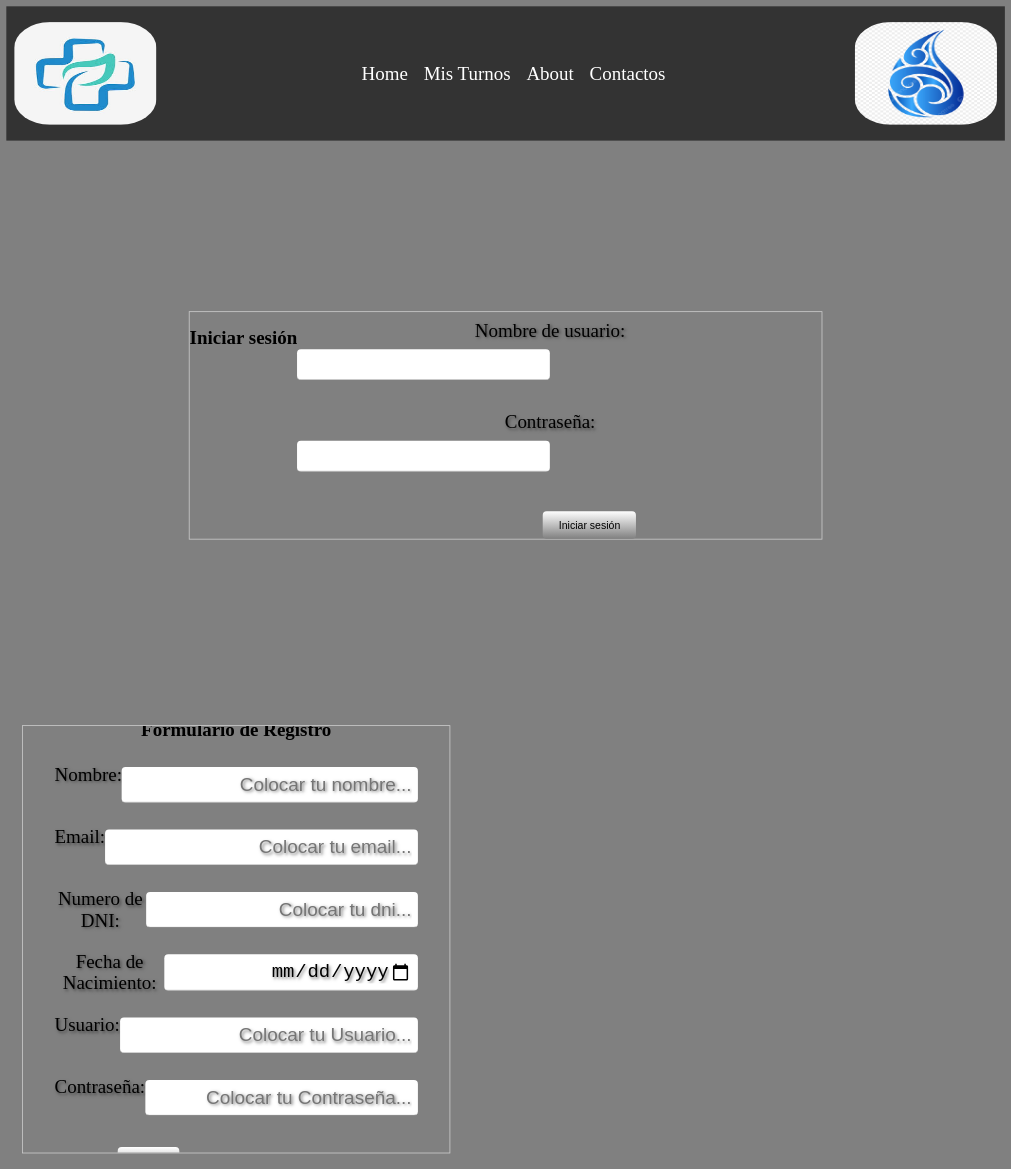
Repository: mauro8778/TurnoClinica
Page: / (app in front/vite-project/)
These files come from the project's save history. The page is drawn as it stood at one moment and after the next save; the edit follows.
The browser window is 1280 px wide. The pictures show the whole page, at 79% of full size.
The project was rebuilt for these pictures with package versions that can differ from the ones it lists, and the page was loaded fresh each time. Also part of the build but not shown: front/vite-project/vite.config.js.

Above is the page before, as saved 2024-04-14 14:10:44.

### front/vite-project/src/App.jsx

import "./index.css"
import NavBar from "./components/NavBar/NavBar.jsx";
import Login from "./views/Login/Login"
import Register from "./views/Register/Register.jsx";


function App() {


  return (
    <>
    <NavBar/>
  <Login/>
  <Register/>
    </>


  )
}

export default App

### front/vite-project/src/index.css
body{

  background-color: grey;
}

### front/vite-project/src/components/NavBar/NavBar.jsx

import  "./NavBar.css";
import hospital from "../../assets/hospital.jpg"
import logo from "../../assets/logo.jpg"


const NavBar=()=>{

    return(
    <>

    <div className="navbar">
      <img src={hospital} alt="Imagen 1" className="left-image" />
      <ul className="nav-list">
        <li>Home</li>
        <li>Mis Turnos </li>
        <li>About</li>
        <li>Contactos </li>
      </ul>
      <img src={logo} alt="Imagen 2" className="right-image" />
    </div>


    </>
    )
}
export default NavBar;

### front/vite-project/src/views/Login/Login.jsx
import { useState } from "react";
import axios from "axios"
import "./login.css";

const LoginForm = () => {
  const [credentials, setCredentials] = useState({
    username: "",
    password: ""
  });

  const [error, setError] = useState("");

  const handleInputChange = (event) => {
    const { name, value } = event.target;
    setCredentials({
      ...credentials,
      [name]: value
    });
  };

  const handleFormSubmit = async (event) => {
    event.preventDefault();
    if (!credentials.username && !credentials.password) {
        setError("Faltan rellenar los campos de usuario y contraseña");
        return;
      }
      if (!credentials.username) {
        setError("Falta colocar el nombre de usuario");
        return;
      }
      if (!credentials.password) {
        setError("Falta colocar la contraseña");
        return;
      }
    try {
        const response = await axios.post("http://localhost:3000/users/loguin", credentials);
        if (response.status === 200) {
          alert("Inicio de sesión exitoso");
        } else {
          setError("Credenciales inválidas");
        }
    } catch (error) {
        if (error.response && error.response.status === 400) {
          setError("Usuario inexistente");
        } else if (error.response && error.response.status === 401) {
          setError("Contraseña incorrecta");
        } else {
          setError ("Error al iniciar sesión. Por favor, inténtalo de nuevo más tarde");
        }
    }
};
  return (
    <div className="card-container">
    <div className="card">
      <h2>Iniciar sesión</h2>
      <form onSubmit={handleFormSubmit} className="form-container">
        <div className="input-container">
          <label htmlFor="username">Nombre de usuario:</label>
          <input
            type="text"
            id="username"
            name="username"
            value={credentials.username}
            onChange={handleInputChange}
          />
        </div>
        <div className="input-container">
          <label htmlFor="password">Contraseña:</label>
          <input
            type="password"
            id="password"
            name="password"
            value={credentials.password}
            onChange={handleInputChange}
          />
        </div>
        {error && <p className="error">{error}</p>}
        <button type="submit">Iniciar sesión</button>
      </form>
    </div>
  </div>
);
};

export default LoginForm;

### front/vite-project/src/views/Register/Register.jsx

import { useState, useEffect } from "react";
import "../Register/Register.css";
import { Validate } from "../../helper/validate";
import axios from "axios";

const Register = () => {
  const [userData, setUserData] = useState({
    name: "",
    email: "",
    nDni: "",
    birthdate: "",
    username: "",
    password: ""
  });

  const [errors, setErrors] = useState({
    name: "",
    email: "",
    nDni: "",
    birthdate: "",
    username: "",
    password: ""
  });

  const [formSubmitted, setFormSubmitted] = useState(false);

  const handleInputChange = (event) => {
    const { name, value } = event.target;
    setUserData({
      ...userData,
      [name]: value
    });
  };

  const handleFormSubmit = (event) => {
    event.preventDefault();
    setFormSubmitted(true);
  };

  useEffect(() => {
    if (formSubmitted) {
      const currentErrors = Validate(userData);
      setErrors(currentErrors);

      const noErrors = Object.values(currentErrors).every(
        (error) => error === ""
      );

      if (noErrors) {
        axios
          .post("http://localhost:3000/users/register", userData)
          .then(() => {
            alert("Usuario creado con éxito");
            setFormSubmitted(false);
            setUserData({
              name: "",
              email: "",
              nDni: "",
              birthdate: "",
              username: "",
              password: ""
            });
            setErrors({
              name: "",
              email: "",
              nDni: "",
              birthdate: "",
              username: "",
              password: ""
            });
          })
          .catch((error) => {
            console.error("Error al enviar los datos:", error);
          });
      }
    }
  }, [formSubmitted, userData]);

  return (
    <>
      <div className="tarjeta">
        <div className="contenido">
          <h2>Formulario de Registro</h2>
          <form onSubmit={handleFormSubmit}>
            <label htmlFor="name">
              Nombre:
              <input
                type="text"
                value={userData.name}
                name="name"
                placeholder="Colocar tu nombre..."
                onChange={handleInputChange}
              />
            </label>
            {formSubmitted && <p className="error">{errors.name}</p>}

            <label htmlFor="email">
              Email:
              <input
                type="text"
                value={userData.email}
                name="email"
                placeholder="Colocar tu email..."
                onChange={handleInputChange}
              />
            </label>
            {formSubmitted && <p className="error">{errors.email}</p>}

            <label htmlFor="nDni">
              Numero de DNI:
              <input
                type="text"
                value={userData.nDni}
                name="nDni"
                placeholder="Colocar tu dni..."
                onChange={handleInputChange}
              />
            </label>
            {formSubmitted && <p className="error">{errors.nDni}</p>}

            <label htmlFor="birthdate">
              Fecha de Nacimiento:
              <input
                type="date"
                value={userData.birthdate}
                name="birthdate"
                placeholder="Colocar tu Fecha de Nacimiento..."
                onChange={handleInputChange}
              />
            </label>
            {formSubmitted && <p className="error">{errors.birthdate}</p>}

            <label htmlFor="username">
              Usuario:
              <input
                type="text"
                value={userData.username}
                name="username"
                placeholder="Colocar tu Usuario..."
                onChange={handleInputChange}
              />
            </label>
            {formSubmitted && <p className="error">{errors.username}</p>}

            <label htmlFor="password">
              Contraseña:
              <input
                type="password"
                value={userData.password}
                name="password"
                placeholder="Colocar tu Contraseña..."
                onChange={handleInputChange}
              />
            </label>
            {formSubmitted && <p className="error">{errors.password}</p>}

            <button type="submit">Enviar</button>
          </form>
        </div>
      </div>
    </>
  );
};

export default Register;

### front/vite-project/src/components/NavBar/NavBar.css
.navbar {
  display: flex;
  justify-content: space-between;
  align-items: center;
  background-color: #333;
  padding: 10px;
  height: 150px;
}

.nav-list {
  list-style: none;
  display: flex;
  margin: 0;
  padding: 0;
}

.nav-list li {
  margin-left: 20px;
  color: white;
  font-size: 1.5rem;
}

.left-image,
.right-image {
  width: 180px;
  height: 130px;
  border-radius: 25%;
}

### front/vite-project/src/views/Login/login.css
.card-container {
  display: flex;
  justify-content: center;
  align-items: center;
  height: 100vh;
}
.centered{
  text-align: center;
  font-size: 3rem;
  color: black;
  padding: 10px 20px;
  text-shadow: 2px 2px 4px rgba(0, 0, 0, 0.5);
}
label{
  text-align: center;
  font-size: 1.5rem;
  color: black;
  padding: 10px 20px;
  border-radius: 5px;
  text-shadow: 2px 2px 4px rgba(0, 0, 0, 0.5);
  display: flex;
  justify-content: center;

}
input{
  text-align: right;
  font-size: 1.5rem;
  color: black;
  padding: 10px 20px;
  border-radius: 5px;
  text-shadow: 2px 2px 4px rgba(0, 0, 0, 0.5);
}

.card {
  display: flex;
  border: 1px solid #ccc;
  width: 80%;
  max-width: 800px;
}

.left-column,
.right-column {
  flex: 1;
  padding: 20px;
  background: linear-gradient(white,grey) ;
  display: flex;
  justify-content: center;
  align-items: center;
}

.left-column {
  border-right: 1px solid #ccc;
  background: linear-gradient(white,grey);
  display: flex;
  justify-content: center;
  align-items: center;
}

.right-column {
  display: flex;
  flex-direction: column;
  align-items: center;
  padding: 20px; }

.right-column h2 {
  margin-bottom: 20px;
}

.form-container {
  width: 80%;
  text-align: center;
}

.input-container {
  width: 100%;
  margin-bottom: 20px;
  text-align: left;
}

.error {
  color: red;
  text-align: center;
}

.button-container {
  margin: 0 5px;
}


.botones{
  display: flex;
  justify-content: space-between;
  align-items: center;
}
button {
  padding: 10px 20px;
  background: linear-gradient(white, grey);
  transition: background-color 0.3s ease;
  text-decoration: none;
  color: #333;
  border-radius: 5px;
}
button:hover {
  background-color: rgba(0, 0, 0, 0.1);
}
.Links {
  padding: 10px 20px;
  background: linear-gradient(white, grey);
  transition: background-color 0.3s ease;
  text-decoration: none;
  color: #333;
  border-radius: 5px;
}
.Links:hover {
  background-color: rgba(0, 0, 0, 0.1);
}

### front/vite-project/src/views/Register/Register.css
.tarjeta {
    display: flex;
    flex-direction: column;
    justify-content: center;
    align-items: center;
    width: 500px;
    height: 500px;
    margin: 20px;
    padding: 20px;
    position: relative;
    overflow: hidden;
    border: 1px solid #ccc;
    background-color: transparent;
    transition: all 0.3s ease;
  }

  .tarjeta:hover {
    transform: scale(1.05);
    box-shadow: 0 0 10px rgba(0, 0, 0, 0.2);
  }

  .contenido {
    display: flex;
    flex-direction: column;
    align-items: center;
  }

  .contenido h2 {
    color: black;
  }

  button {
    margin-top: 20px;
    padding: 10px 20px;
    background-color: transparent;
    border: none;
    color: black;
    cursor: pointer;
    margin-left: 100px;
  }

  button:hover {
    background-color: #ccc;
  }

  input {
    margin-bottom: 10px;
    padding: 5px;
    border: none;
    border-bottom: 1px solid #ccc;
    outline: none;
  }
  input:focus {
    border-bottom-color: black;
  }
  .error{
color: red;

  }
  .contenido label input {
    width: 100%;
    padding: 8px;
    margin-top: 4px;
  }

### front/vite-project/src/helper/validate.js
export const Validate = (input) => {
    const errors = {};

    const nameRegex = /^[A-Za-z]{1,20}$/;
    if (!nameRegex.test(input.name)) {
        errors.name = "El nombre debe contener solo letras y tener máximo 20 caracteres";
    }

    const emailRegex = /^[^\s@]+@[^\s@]+\.[^\s@]+$/;
    if (!emailRegex.test(input.email)) {
        errors.email = "El email no es válido";
    }

    const nDniRegex = /^\d{1,8}$/;
    if (!nDniRegex.test(input.nDni)) {
        errors.nDni = "El número de DNI debe contener solo números y tener máximo 8 dígitos";
    }

    const birthdateRegex = /^(19|20)\d\d-(0[1-9]|1[0-2])-(0[1-9]|[12][0-9]|3[01])$/;
    if (!birthdateRegex.test(input.birthdate)) {
        errors.birthdate = "La fecha de nacimiento no es válida";
    }

    const usernameRegex = /^[A-Za-z0-9_]{3,20}$/;
    if (!usernameRegex.test(input.username)) {
        errors.username = "El nombre de usuario debe contener solo letras, números y guiones bajos, y tener entre 3 y 20 caracteres";
    }

    const passwordRegex = /^.{8,}$/;
    if (!passwordRegex.test(input.password)) {
        errors.password = "La contraseña debe tener al menos 8 caracteres";
    }

    return errors;
};

Loaded but not shown: front/vite-project/index.html (common file); front/vite-project/src/main.jsx (common file)

After the next save:
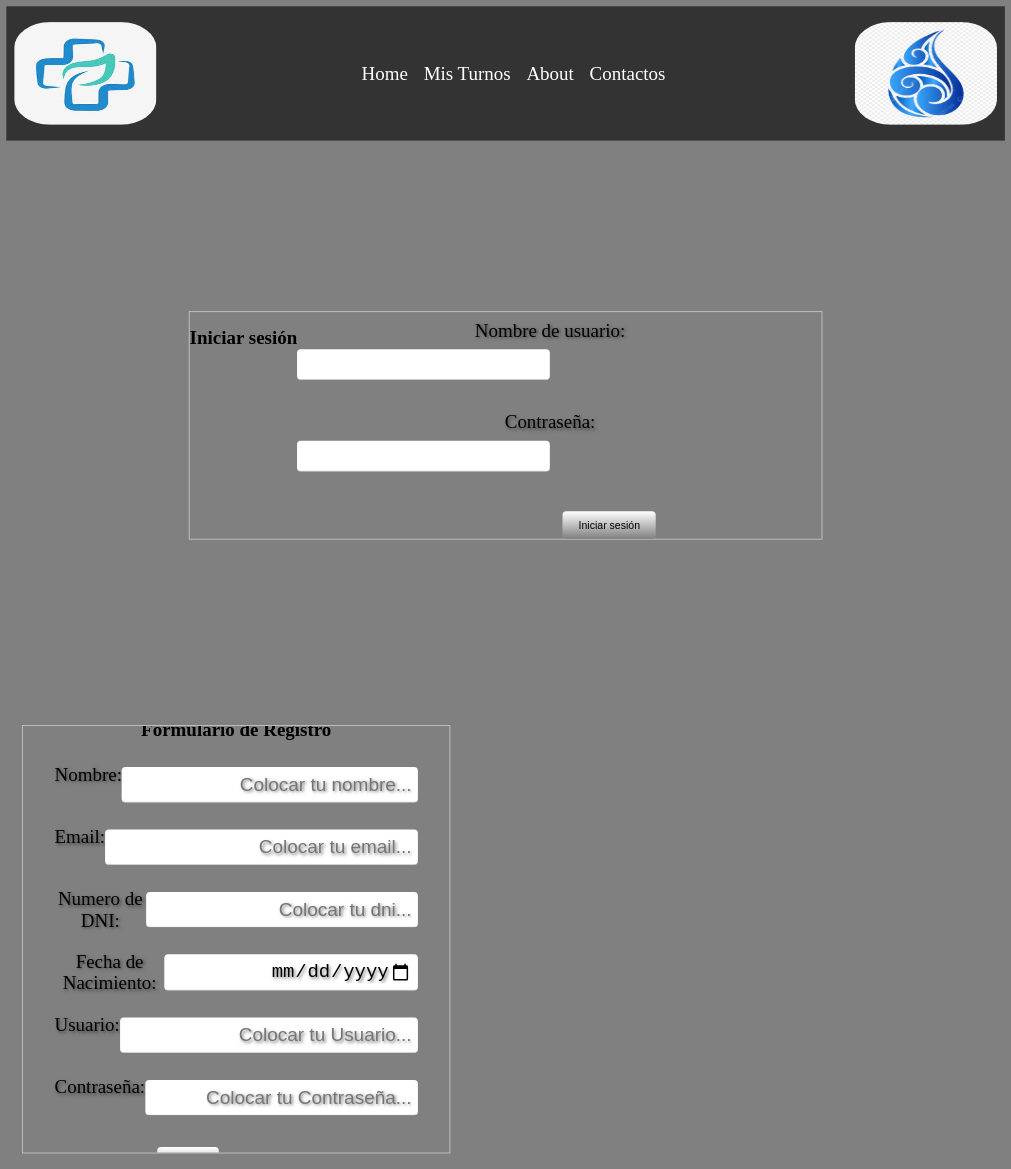
Saved 5 s later.
--- a/front/vite-project/src/views/Register/Register.css
+++ b/front/vite-project/src/views/Register/Register.css
@@ -36,7 +36,7 @@
     border: none;
     color: black;
     cursor: pointer;
-    margin-left: 100px;
+    margin-left: 150px;
   }
 
   button:hover {
